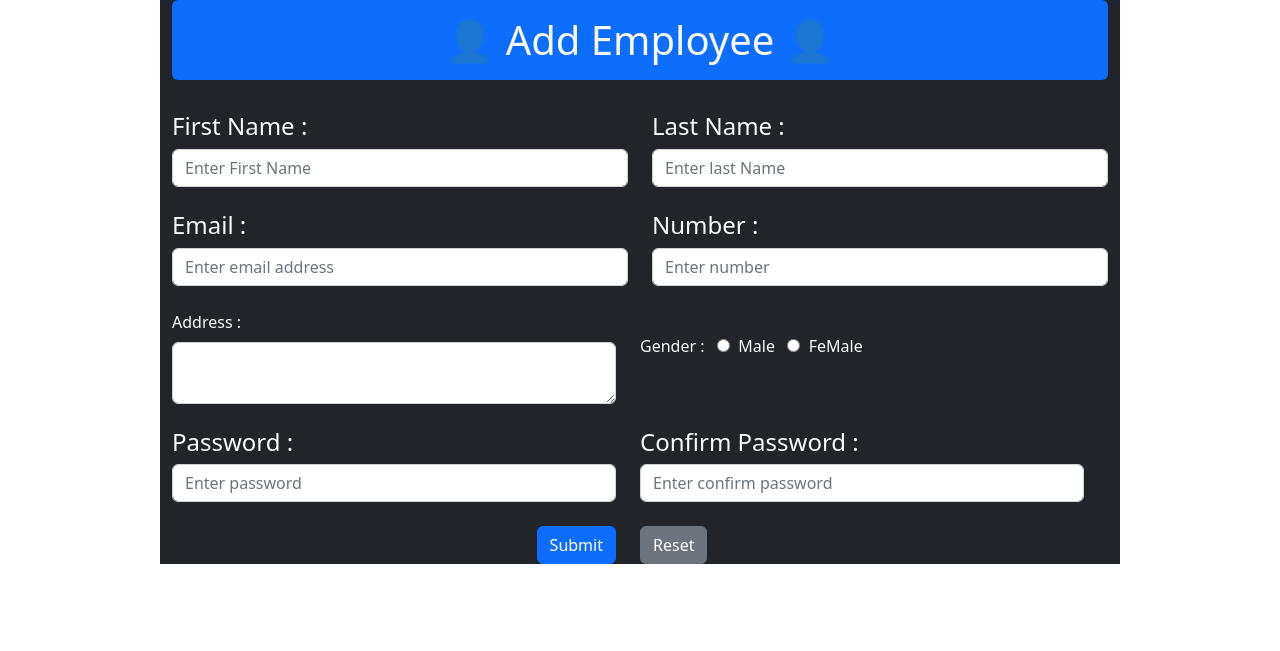
Repository: Rahulkathiriya/java-assignment-and-assesment
Page: http://localhost/web007_assesment_employee_Management_System/addEmployee.jsp
These files come from the project's save history. The page is drawn as it stood at one moment and after the next save; the edit follows.
The browser window is 1280 px wide. The pictures show the whole page.
The page is served by Tomcat 9.

Above is the page before, as saved 2022-11-17 15:55:01.

After the next save:
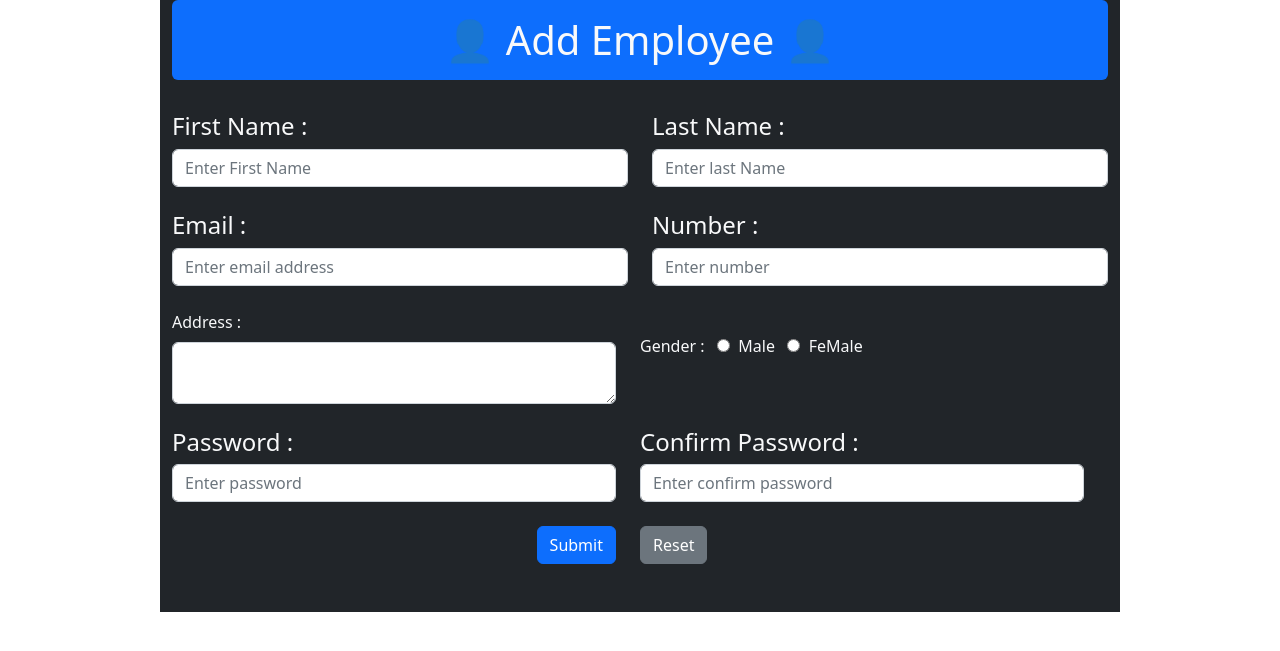
Saved 18 s later.
--- a/web007_assesment_employee_Management_System/src/main/webapp/addEmployee.jsp
+++ b/web007_assesment_employee_Management_System/src/main/webapp/addEmployee.jsp
@@ -85,15 +85,15 @@
 							class="form-control" placeholder="Enter confirm password">
 					</div>
 				</div>
-				<div class="row mt-4">
-			<div class="col col-sm-12 col-md-6 col-lg-6 text-end">
-				 <input type="submit" class="btn btn-primary">
+				<div class="row mt-4 mb-5">
+					<div class="col col-sm-12 col-md-6 col-lg-6 text-end">
+						<input type="submit" class="btn btn-primary">
 
-			</div>
-			<div class="col col-sm-12 col-md-6 col-lg-6 text-start">
-				<input type="reset" class="btn btn-secondary">
-			</div>
-		</div>
+					</div>
+					<div class="col col-sm-12 col-md-6 col-lg-6 text-start">
+						<input type="reset" class="btn btn-secondary">
+					</div>
+				</div>
 		</form>
 
 	</div>
